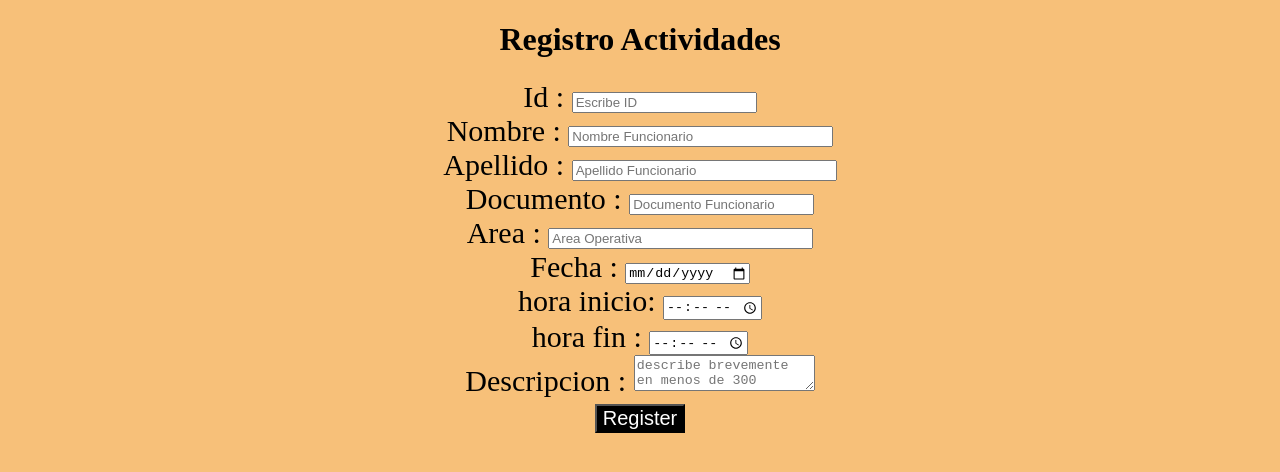
Repository: Yale2024/repo-registro-act
Page: templates/register.html
The author's editor kept a copy of each file at every save. The page is drawn from the files as they stood at one save, then again after the next save.
The browser window is 1280 px wide. The pictures show the whole page.

Above is the page before, as saved 2024-09-15 06:55:41.

After the next save:
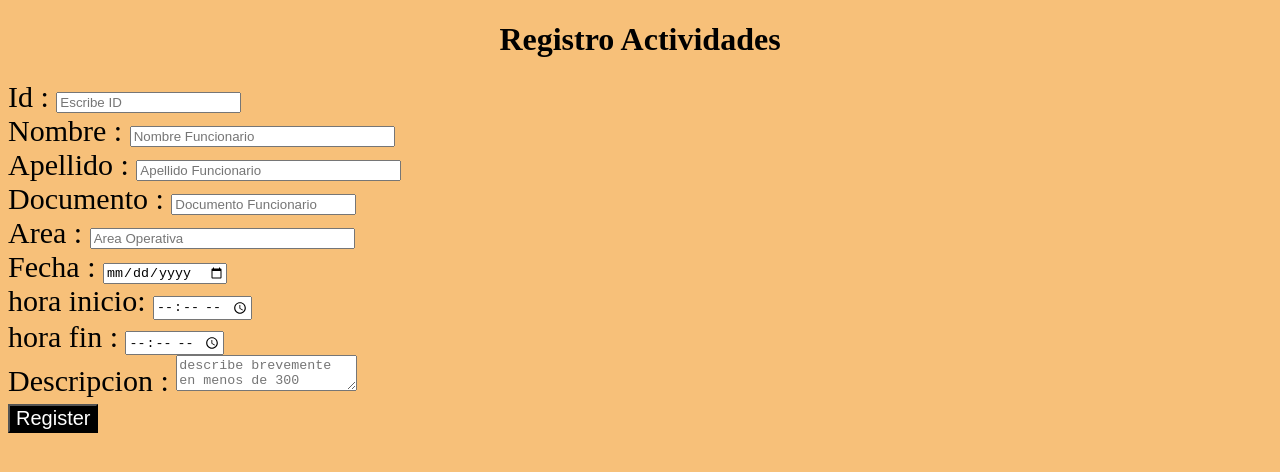
Saved 2 min 4 s later.
--- a/static/css/styleRegister.css
+++ b/static/css/styleRegister.css
@@ -1,5 +1,5 @@
 form{
-    text-align: center;
+    text-align: left;
     font-size: 30px;
 }
 

After the save that followed:
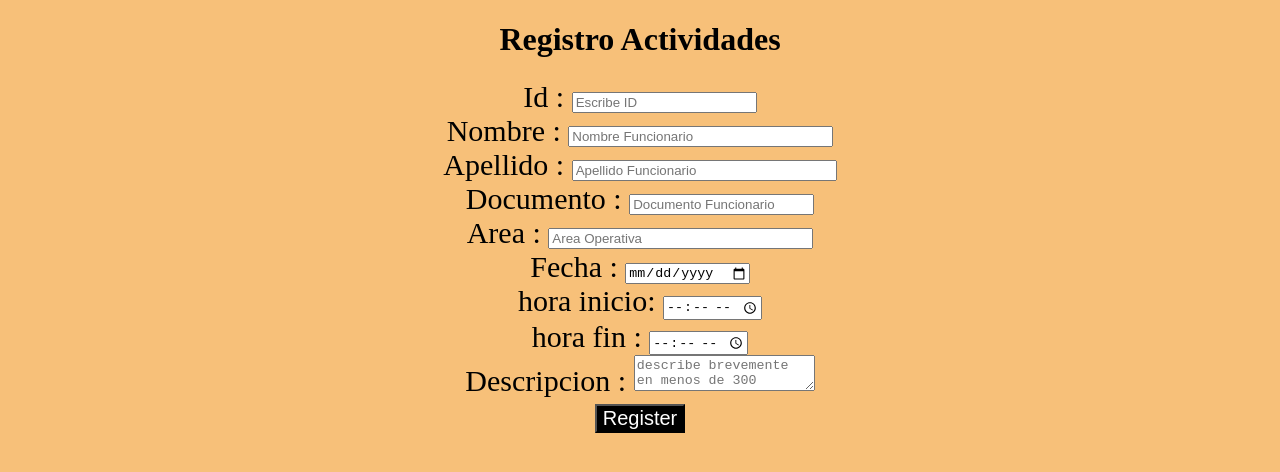
Saved 17 s later.
--- a/static/css/styleRegister.css
+++ b/static/css/styleRegister.css
@@ -1,5 +1,5 @@
 form{
-    text-align: left;
+    text-align: center;
     font-size: 30px;
 }
 
